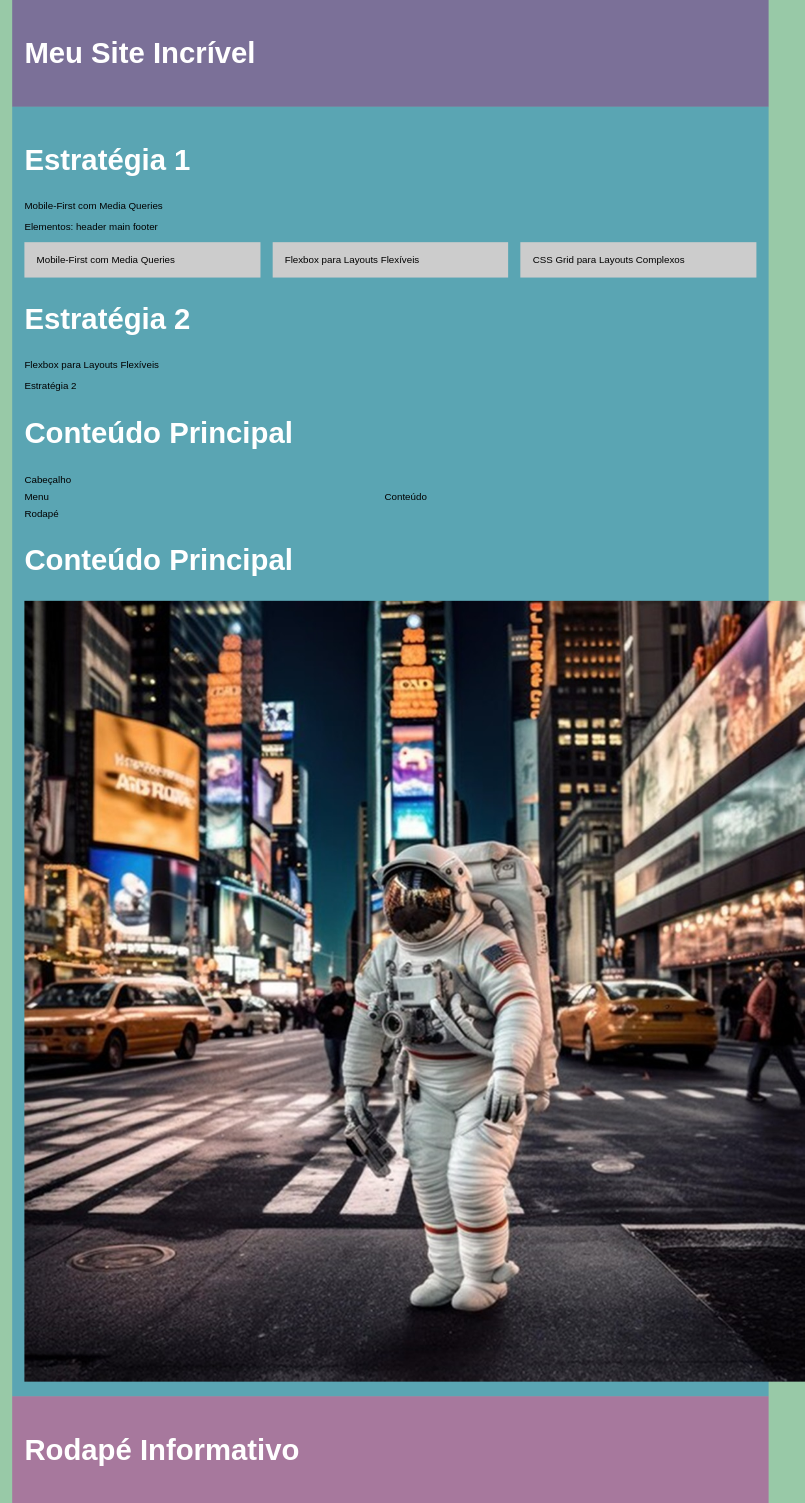
Repository: douglasabnovato/model-lp
Page: index.html
The author's editor kept a copy of each file at every save. The page is drawn from the files as they stood at one save, then again after the next save.
The browser window is 1280 px wide. The page is 1320 px wide, so the pictures cover 1320 px, including what lies to the right of the window. The pictures show the whole page, at 61% of full size.

Above is the page before, as saved 2025-02-25 11:36:15.

### index.html
<!DOCTYPE html>
<html lang="pt-br">
  <head>
    <meta charset="UTF-8" />
    <meta name="viewport" content="width=device-width, initial-scale=1.0" />
    <title>Filmes Épicos</title>
    <link rel="stylesheet" type="text/css" href="./style.css" />
  </head>
  <body>
    <header>
      <h2>Meu Site Incrível</h2>
    </header>
    <main>
      <h2>Estratégia 1</h2>
      <p>Mobile-First com Media Queries</p>
      <p>Elementos: header main footer</p>
      <div class="container">
        <div class="item">Mobile-First com Media Queries</div>
        <div class="item">Flexbox para Layouts Flexíveis</div>
        <div class="item">CSS Grid para Layouts Complexos</div>
      </div>

      <h2>Estratégia 2</h2>
      <p>Flexbox para Layouts Flexíveis</p>
      <p>Estratégia 2</p>
      <h2>Conteúdo Principal</h2>
      <div class="grid-container">
        <div class="grid-item">Cabeçalho</div>
        <div class="grid-item">Menu</div>
        <div class="grid-item">Conteúdo</div>
        <div class="grid-item">Rodapé</div>
      </div>

      <h2>Conteúdo Principal</h2>
      <div>
        <img
          src="./assets/astronauta-418.jpg"
          srcset="./assets/astronauta-418.jpg 418w, ./assets/astronauta-768.jpg 768w, ./assets/astronauta-1200.jpg 1200w"
          alt="Astronauta"
        />
      </div>
    </main>
    <footer>
      <h2>Rodapé Informativo</h2>
    </footer>
  </body>
</html>

### style.css
/* Estilos base para mobile */
body {
  font-family: Arial, sans-serif;
  margin: 0;
  background-color: #65691c77;
}

h2 {
  color: white;
  font-size: clamp(2rem, 5vw, 3rem);
}

header,
main,
footer {
  padding: 20px;
}

header {
  background-color: #5b0a8777;
}

main {
  background-color: #157bc077;
}

.container {
  display: flex;
  flex-wrap: wrap;
  gap: 20px;
}

.item {
  background-color: #ccc;
  flex: 1 1 200px;
  padding: 20px;
  box-sizing: border-box;
}

.grid-container {
  display: grid;
  grid-template-areas:
    "header header"
    "menu content"
    "footer footer";
  grid-gap: 10px;
}

.grid-item:nth-child(1) {
  grid-area: header;
}

.grid-item:nth-child(2) {
  grid-area: menu;
}

.grid-item:nth-child(3) {
  grid-area: content;
}

.grid-item:nth-child(4) {
  grid-area: footer;
}

footer {
  background-color: #b81b9377;
}

/* Media Query para telas maiores */
@media (min-width: 768px) {
  body {
    background-color: #238d4377;
  }

  header,
  main,
  footer {
    max-width: 1200px;
    margin: 0 auto;
  }
}

After the next save:
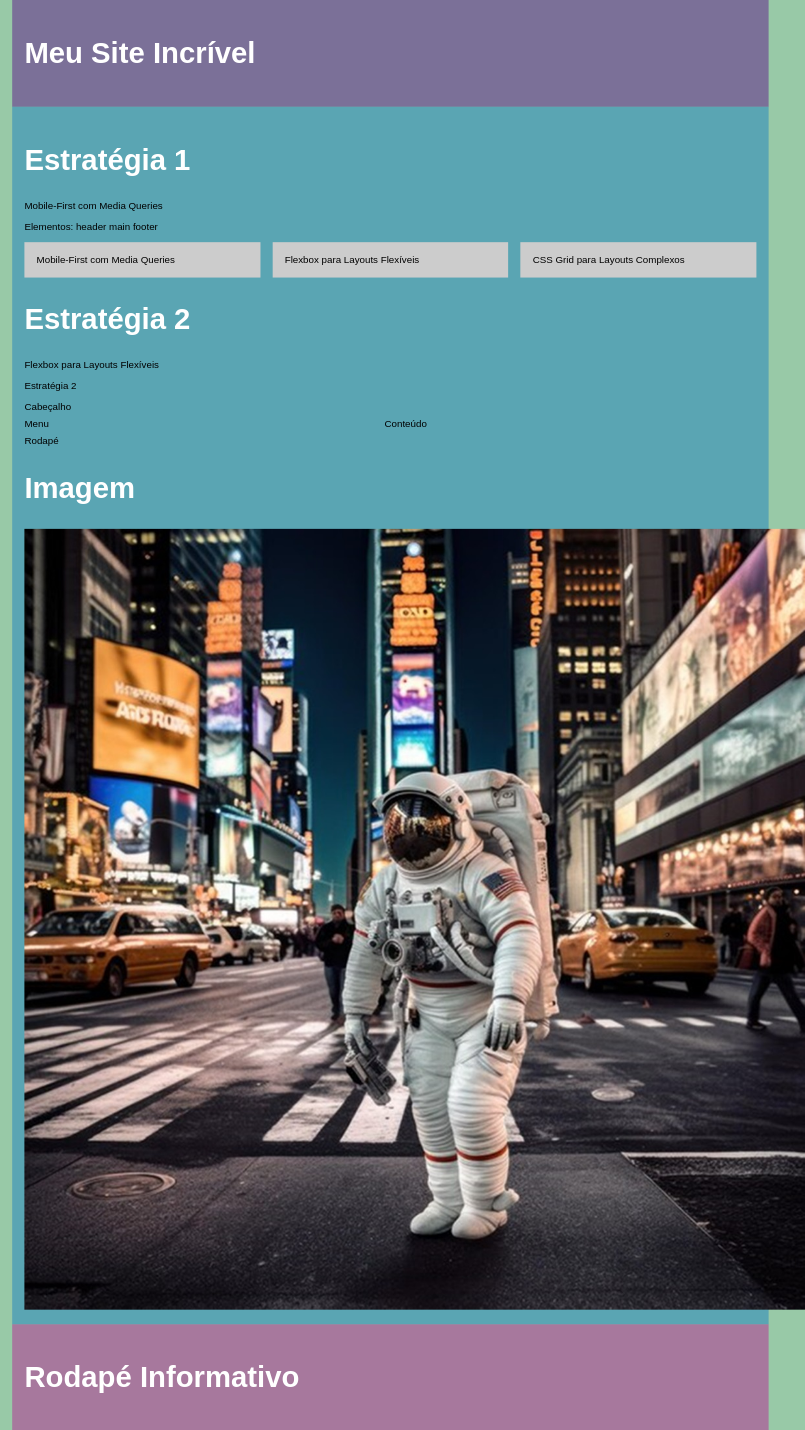
Saved 25 s later.
--- a/index.html
+++ b/index.html
@@ -23,7 +23,6 @@
       <h2>Estratégia 2</h2>
       <p>Flexbox para Layouts Flexíveis</p>
       <p>Estratégia 2</p>
-      <h2>Conteúdo Principal</h2>
       <div class="grid-container">
         <div class="grid-item">Cabeçalho</div>
         <div class="grid-item">Menu</div>
@@ -31,7 +30,7 @@
         <div class="grid-item">Rodapé</div>
       </div>
 
-      <h2>Conteúdo Principal</h2>
+      <h2>Imagem</h2>
       <div>
         <img
           src="./assets/astronauta-418.jpg"
